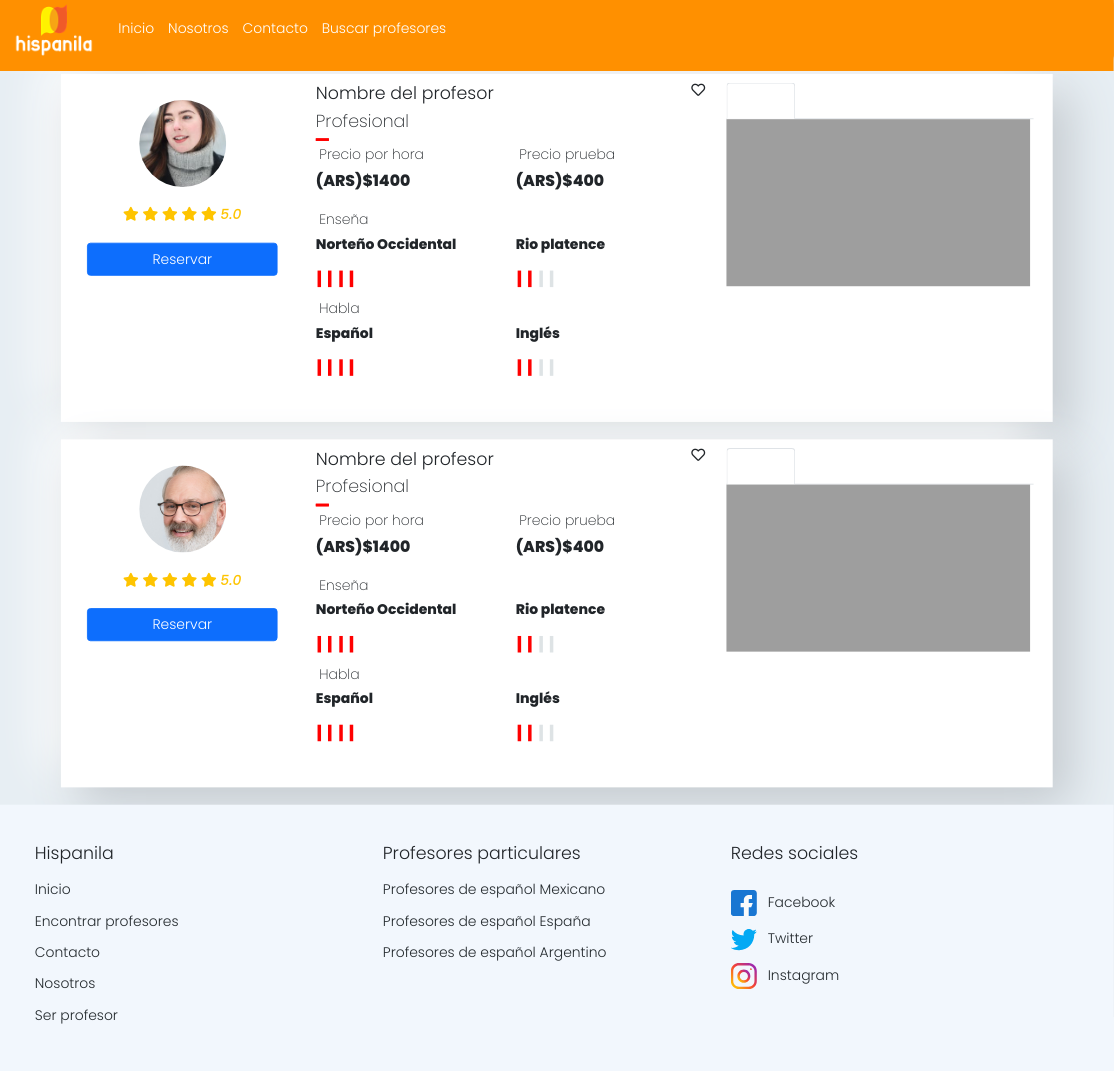
Repository: AgustinGarciaDev/Hispanila
Page: searchteacer.html
These files come from the project's save history. The page is drawn as it stood at one moment and after the next save; the edit follows.
The browser window is 1280 px wide. The pictures show the whole page, at 87% of full size.
Pictures or frames that could not be fetched are drawn as grey boxes. Some web libraries are served in a nearby version. The style sheet was rebuilt from its Sass, Less or Tailwind sources for each picture, by a compiler version that may differ from the author's.

Above is the page before, as saved 2021-01-29 00:12:40.

After the next save:
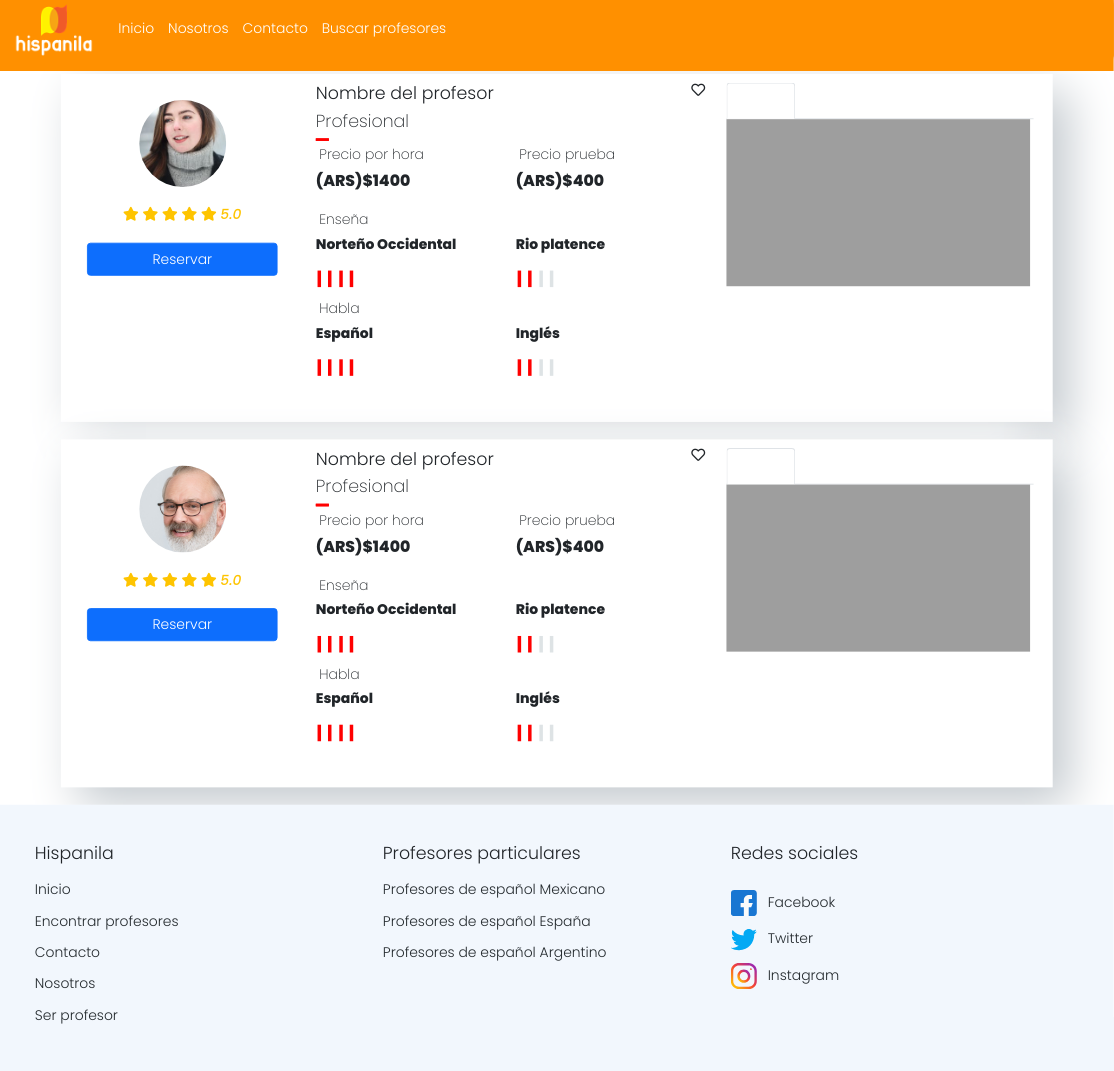
Saved 25 s later.
--- a/stylemod.css
+++ b/stylemod.css
@@ -1,16 +1,4 @@
 /* CARD  porque estudiar Hispanila*/
-
-.datos {
-    display: grid;
-    grid-template-columns: 1fr 1fr;
-    grid-template-rows: 1fr 1fr;
-    grid-column-gap: 10px;
-    grid-row-gap: 10px;
-}
-
-.search-teacher {
-    background: #e7eef3;
-}
 
 .container {
     height: 400px;
